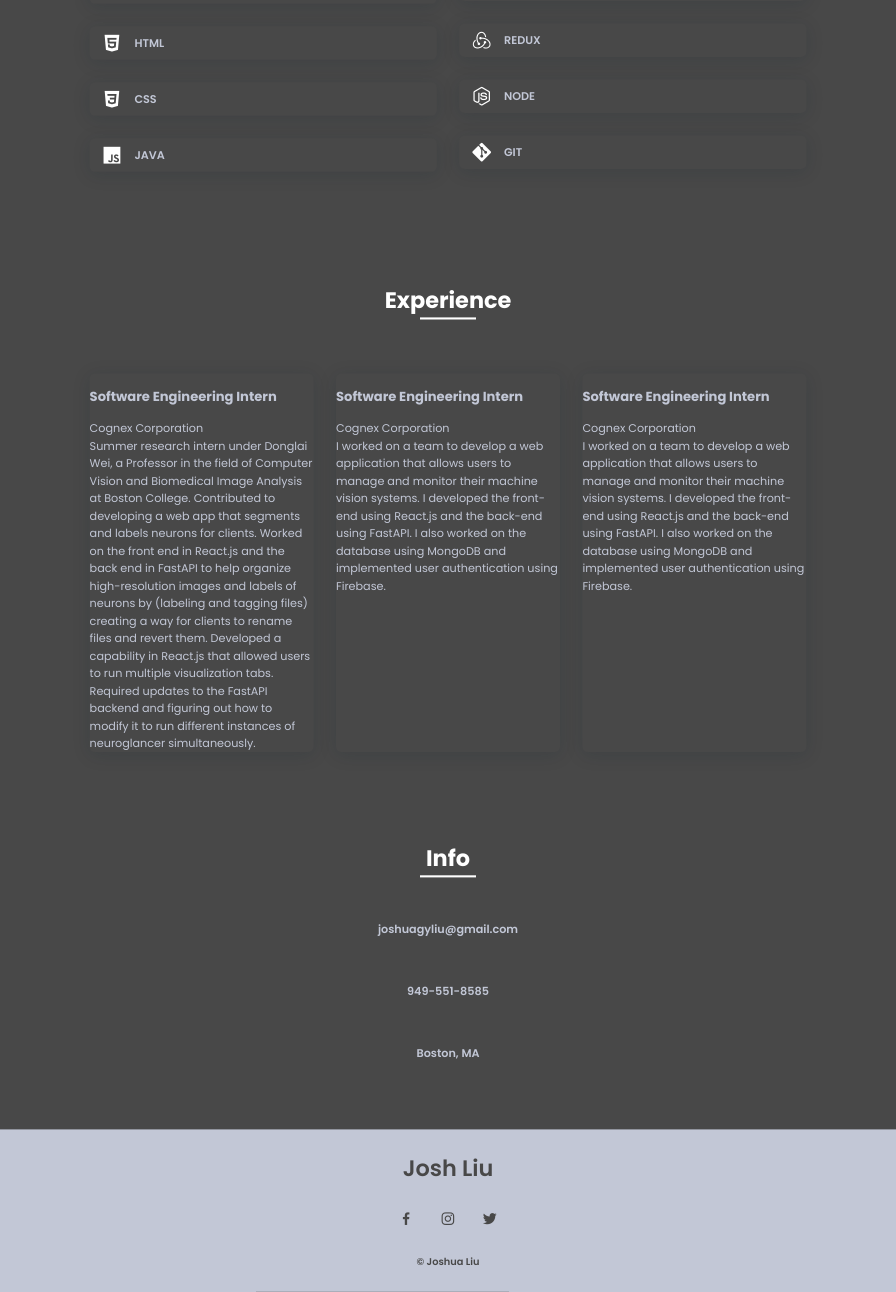
Repository: joshliu14/joshliu14.github.io
Page: index.html
An editor plug-in stored every save of this project. The page is shown before and after the next save, followed by the edit.
The browser window is 1280 px wide. The pictures show the part of the page from y = 1839 to 3759 px (the page is 3684 px tall before and 3759 px after), at 70% of full size.

Above is the page before, as saved 2024-02-01 00:41:45.

### index.html
<!DOCTYPE html>
<html lang="en">
  <head>
    <meta charset="UTF-8" />
    <meta name="viewport" content="width=device-width, initial-scale=1.0" />

    <link rel="stylesheet" href="assets/css/web.css" />

    <!-- =====BOX ICONS===== -->
    <link
      href="https://unpkg.com/boxicons@2.1.4/css/boxicons.min.css"
      rel="stylesheet"
    />

    <title>Joshua Liu</title>
  </head>
  <body>
    <!--===== HEADER =====-->
    <header class="l-header">
      <nav class="nav bd-grid">
        <div>
          <a href="#" class="nav__logo">Joshua Liu</a>
        </div>

        <div class="nav__menu" id="nav-menu">
          <ul class="nav__list">
            <li class="nav__item">
              <a href="#home" class="nav__link active-link">Home</a>
            </li>
            <li class="nav__item">
              <a href="#about" class="nav__link">About</a>
            </li>
            <li class="nav__item">
              <a href="#skills" class="nav__link">Skills</a>
            </li>
            <li class="nav__item">
              <a href="#work" class="nav__link">Experience</a>
            </li>
            <li class="nav__item">
              <a href="#contact" class="nav__link">Info</a>
            </li>
          </ul>
        </div>

        <div class="nav__toggle" id="nav-toggle">
          <i class="bx bx-menu"></i>
        </div>
      </nav>
    </header>

    <main class="l-main">
      <!--===== HOME =====-->
      <section class="home bd-grid" id="home">
        <div class="home__data">
          <h1 class="home__title">
            Hi,<br />I'm <span class="home__title-color">Josh</span><br />
          </h1>

          <a href="resume.pdf" class="button">Resume</a>
        </div>

        <div class="home__social">
          <a
            href="https://www.linkedin.com/in/joshua-liu-727847208/"
            class="home__social-icon"
            ><i class="bx bxl-linkedin"></i
          ></a>
          <a href="" class="home__social-icon"
            ><i class="bx bxl-behance"></i
          ></a>
          <a href="https://github.com/joshliu14" class="home__social-icon"
            ><i class="bx bxl-github"></i
          ></a>
        </div>

        <div class="home__img">
          <svg
            class="home__blob"
            viewBox="0 0 479 467"
            xmlns="http://www.w3.org/2000/svg"
            xmlns:xlink="http://www.w3.org/1999/xlink"
          >
            <mask id="mask0" mask-type="alpha">
              <path
                d="M9.19024 145.964C34.0253 76.5814 114.865 54.7299 184.111 29.4823C245.804 6.98884 311.86 -14.9503 370.735 14.143C431.207 44.026 467.948 107.508 477.191 174.311C485.897 237.229 454.931 294.377 416.506 344.954C373.74 401.245 326.068 462.801 255.442 466.189C179.416 469.835 111.552 422.137 65.1576 361.805C17.4835 299.81 -17.1617 219.583 9.19024 145.964Z"
              />
            </mask>
            <g mask="url(#mask0)">
              <path
                d="M9.19024 145.964C34.0253 76.5814 114.865 54.7299 184.111 29.4823C245.804 6.98884 311.86 -14.9503 370.735 14.143C431.207 44.026 467.948 107.508 477.191 174.311C485.897 237.229 454.931 294.377 416.506 344.954C373.74 401.245 326.068 462.801 255.442 466.189C179.416 469.835 111.552 422.137 65.1576 361.805C17.4835 299.81 -17.1617 219.583 9.19024 145.964Z"
              />
              <image
                class="home__blob-img"
                x="30"
                y="65"
                href="assets/img/profile.png"
              />
            </g>
          </svg>
        </div>
      </section>

      <!--===== ABOUT =====-->
      <section class="about section" id="about">
        <h2 class="section-title">About</h2>

        <div class="about__container bd-grid">
          <div class="about__img">
            <img src="assets/img/about.png" alt="" />
          </div>

          <div>
            <h2 class="about__subtitle">I'm Josh</h2>
            <p class="about__text">
              I am currently a sophomore at Brandeis University pursuing a
              degree in Computer Science and Applied Mathematics. I am eager to
              contribute my programming skills to real-world scenarios, and I am
              actively seeking software engineering internship opportunities. My
              goal is to enhance my knowledge, apply theoretical concepts in
              practical settings, and contribute meaningfully to innovative
              projects.
            </p>
          </div>
        </div>
      </section>

      <!--===== SKILLS =====-->
      <section class="skills section" id="skills">
        <h2 class="section-title">Skills</h2>

        <div class="skills__container bd-grid">
          <div>
            <h2 class="skills__subtitle">Programming/Framework/Software Skills</h2>
            <p class="skills__text">
                I have experience with the following programming languages and
                frameworks. I am also familiar with software such as Git and
                Firebase. I am always eager to learn new technologies, languages,
                and frameworks to expand my skillset.
            </p>
            <div class="skills__data">
              <div class="skills__names">
                <i class="bx bxl-java skills__icon"></i>
                <span class="skills__name">JAVA</span>
              </div>
            </div>
            <div class="skills__data">
              <div class="skills__names">
                <i class="bx bxl-javascript skills__icon"></i>
                <span class="skills__name">JAVASCRIPT</span>
              </div>
            </div>
            <div class="skills__data">
              <div class="skills__names">
                <i class="bx bxl-python skills__icon"></i>
                <span class="skills__name">PYTHON</span>
              </div>
            </div>
            <div class="skills__data">
              <div class="skills__names">
                <i class="bx bxl-c-plus-plus skills__icon"></i>
                <span class="skills__name">C++</span>
              </div>
            </div>
            <div class="skills__data">
              <div class="skills__names">
                <i class="bx bxl-html5 skills__icon"></i>
                <span class="skills__name">HTML</span>
              </div>
            </div>
            <div class="skills__data">
              <div class="skills__names">
                <i class="bx bxl-css3 skills__icon"></i>
                <span class="skills__name">CSS</span>
              </div>
            </div>
            <div class="skills__data">
              <div class="skills__names">
                <i class="bx bxl-javascript skills__icon"></i>
                <span class="skills__name">JAVA</span>
              </div>
            </div>
          </div>
          <div class="skills__column2">
            <div class="skills__data">
              <div class="skills__names">
                <i class="bx bxl-react skills__icon"></i>
                <span class="skills__name">REACT.JS</span>
              </div>
            </div>
            <div class="skills__data">
              <div class="skills__names">
                <i class="bx bxl-firebase skills__icon"></i>
                <span class="skills__name">FIREBASE</span>
              </div>
            </div>
            <div class="skills__data">
              <div class="skills__names">
                <i class="bx bxl-mongodb skills__icon"></i>
                <span class="skills__name">MONGODB</span>
              </div>
            </div>
            <div class="skills__data">
              <div class="skills__names">
                <i class="bx bxs-zap skills__icon"></i>
                <span class="skills__name">FASTAPI</span>
              </div>
            </div>
            <div class="skills__data">
              <div class="skills__names">
                <i class="bx bxl-redux skills__icon"></i>
                <span class="skills__name">REDUX</span>
              </div>
            </div>
            <div class="skills__data">
              <div class="skills__names">
                <i class="bx bxl-nodejs skills__icon"></i>
                <span class="skills__name">NODE</span>
              </div>
            </div>
            <div class="skills__data">
              <div class="skills__names">
                <i class="bx bxl-git skills__icon"></i>
                <span class="skills__name">GIT</span>
              </div>
            </div>
          </div>
      </section>

      <!--===== Experience =====-->
      <section class="work section" id="work">
        <h2 class="section-title">Experience</h2>

        <div class="work__container bd-grid">
                <div class="work__img">
                <h3 class="work__title">Software Engineering Intern</h3>
                <span class="work__subtitle">Cognex Corporation</span>
                <p class="work__description">
                    Summer research intern under Donglai Wei, a Professor in the field of Computer Vision and Biomedical Image Analysis at Boston College. Contributed to developing a web app that segments and labels neurons for clients. Worked on the front end in React.js and the back end in FastAPI to help organize high-resolution images and labels of neurons by (labeling and tagging files) creating a way for clients to rename files and revert them. Developed a capability in React.js that allowed users to run multiple visualization tabs. Required updates to the FastAPI backend and figuring out how to modify it to run different instances of neuroglancer simultaneously.
                </p>
                </div>
                <div class="work__img">
                <h3 class="work__title">Software Engineering Intern</h3>
                <span class="work__subtitle">Cognex Corporation</span>
                <p class="work__description">
                    I worked on a team to develop a web application that allows
                    users to manage and monitor their machine vision systems. I
                    developed the front-end using React.js and the back-end using
                    FastAPI. I also worked on the database using MongoDB and
                    implemented user authentication using Firebase.
                </p>
                </div>
                <div class="work__img">
                <h3 class="work__title">Software Engineering Intern</h3>
                <span class="work__subtitle">Cognex Corporation</span>
                <p class="work__description">
                    I worked on a team to develop a web application that allows
                    users to manage and monitor their machine vision systems. I
                    developed the front-end using React.js and the back-end using
                    FastAPI. I also worked on the database using MongoDB and
                    implemented user authentication using Firebase.
                </p>
                </div>
        </div>
      </section>

      <!--===== CONTACT =====-->
      <section class="contact section" id="contact">
        <h2 class="section-title">Info</h2>
        <p class="contact__input">joshuagyliu@gmail.com</p>
        <p class="contact__input">949-551-8585</p>
        <p class="contact__input">Boston, MA</p>
      </section>
    </main>

    <!--===== FOOTER =====-->
    <footer class="footer">
      <p class="footer__title">Josh Liu</p>
      <div class="footer__social">
        <a href="https://www.facebook.com/josh.liu.9847" class="footer__icon"
          ><i class="bx bxl-facebook"></i
        ></a>
        <a href="https://www.instagram.com/joshliu_" class="footer__icon"
          ><i class="bx bxl-instagram"></i
        ></a>
        <a href="https://twitter.com/jahliu" class="footer__icon"
          ><i class="bx bxl-twitter"></i
        ></a>
      </div>
      <p class="footer__copy">&#169; Joshua Liu</p>
    </footer>

    <!--===== SCROLL REVEAL =====-->
    <script src="https://unpkg.com/scrollreveal"></script>

    <!--===== MAIN JS =====-->
    <script src="assets/js/main.js"></script>
  </body>
</html>

### assets/css/web.css
/*===== GOOGLE FONTS =====*/
@import url("https://fonts.googleapis.com/css2?family=Poppins:wght@400;600;700&display=swap");
/*===== VARIABLES CSS =====*/
:root {
  --header-height: 3rem;
  --font-semi: 600;
  /*===== Colores =====*/
  /*Purple 260 - Red 355 - Blue 224 - Pink 340*/
  /* HSL color mode */
  --hue-color: 224;
  --first-color: hsl(var(--hue-color), 0%, 100%);
  --second-color: hsl(var(--hue-color), 20%, 80%);
  /*===== Fuente y tipografia =====*/
  --body-font: "Poppins", sans-serif;
  --big-font-size: 2rem;
  --h2-font-size: 1.25rem;
  --normal-font-size: 0.938rem;
  --smaller-font-size: 0.75rem;
  /*===== Margenes =====*/
  --mb-2: 1rem;
  --mb-4: 2rem;
  --mb-5: 2.5rem;
  --mb-6: 3rem;
  /*===== z index =====*/
  --z-back: -10;
  --z-fixed: 100;
}
@media screen and (min-width: 968px) {
  :root {
    --big-font-size: 3.5rem;
    --h2-font-size: 2rem;
    --normal-font-size: 1rem;
    --smaller-font-size: 0.875rem;
  }
}

/*===== BASE =====*/
*,
::before,
::after {
  box-sizing: border-box;
}

html {
  scroll-behavior: smooth;
}

body {
  margin: var(--header-height) 0 0 0;
  font-family: var(--body-font);
  font-size: var(--normal-font-size);
  color: var(--second-color);
  background-color: #484848;
}

h1,
h2,
p {
  margin: 0;
}

ul {
  margin: 0;
  padding: 0;
  list-style: none;
}

a {
  text-decoration: none;
}

img {
  max-width: 100%;
  height: auto;
  display: block;
}

/*===== CLASS CSS ===== */
.section-title {
  position: relative;
  font-size: var(--h2-font-size);
  color: var(--first-color);
  margin-top: var(--mb-2);
  margin-bottom: var(--mb-4);
  text-align: center;
}
.section-title::after {
  position: absolute;
  content: "";
  width: 64px;
  height: 0.18rem;
  left: 0;
  right: 0;
  margin: auto;
  top: 2rem;
  background-color: var(--first-color);
}

.section {
  padding-top: 3rem;
  padding-bottom: 2rem;
}

/*===== LAYOUT =====*/
.bd-grid {
  max-width: 1024px;
  display: grid;
  margin-left: var(--mb-2);
  margin-right: var(--mb-2);
}

.l-header {
  width: 100%;
  position: fixed;
  top: 0;
  left: 0;
  z-index: var(--z-fixed);
  background-color: #484848;
  box-shadow: 0 1px 4px rgba(146, 161, 176, 0.15);
}

/*===== NAV =====*/
.nav {
  height: var(--header-height);
  display: flex;
  justify-content: space-between;
  align-items: center;
  font-weight: var(--font-semi);
}
@media screen and (max-width: 767px) {
  .nav__menu {
    position: fixed;
    top: var(--header-height);
    right: -100%;
    width: 80%;
    height: 100%;
    padding: 2rem;
    background-color: var(--second-color);
    transition: 0.5s;
  }
}
.nav__item {
  margin-bottom: var(--mb-4);
}
.nav__link {
  position: relative;
  color: #fff;
}
.nav__link:hover {
  position: relative;
}
.nav__link:hover::after {
  position: absolute;
  content: "";
  width: 100%;
  height: 0.18rem;
  left: 0;
  top: 2rem;
  background-color: var(--first-color);
}
.nav__logo {
  color: var(--second-color);
}
.nav__toggle {
  color: var(--second-color);
  font-size: 1.5rem;
  cursor: pointer;
}

/*Active menu*/
.active-link::after {
  position: absolute;
  content: "";
  width: 100%;
  height: 0.18rem;
  left: 0;
  top: 2rem;
  background-color: var(--first-color);
}

/*=== Show menu ===*/
.show {
  right: 0;
}

/*===== HOME =====*/
.home {
  position: relative;
  row-gap: 5rem;
  padding: 4rem 0 5rem;
}
.home__data {
  align-self: center;
}
.home__title {
  font-size: var(--big-font-size);
  margin-bottom: var(--mb-5);
}
.home__title-color {
  color: var(--first-color);
}
.home__social {
  display: flex;
  flex-direction: column;
}
.home__social-icon {
  width: max-content;
  margin-bottom: var(--mb-2);
  font-size: 1.5rem;
  color: var(--second-color);
}
.home__social-icon:hover {
  color: var(--first-color);
}
.home__img {
  position: absolute;
  right: 0;
  bottom: 0;
  width: 260px;
}
.home__blob {
  fill: var(--first-color);
}
.home__blob-img {
  width: 400px;
}

/*BUTTONS*/
.button {
  display: inline-block;
  background-color: var(--first-color);
  color: #000000;
  padding: 0.75rem 2.5rem;
  font-weight: var(--font-semi);
  border-radius: 0.5rem;
  transition: 0.3s;
}
.button:hover {
  box-shadow: 0px 10px 36px rgba(0, 0, 0, 0.15);
}

/* ===== ABOUT =====*/
.about__container {
  row-gap: 2rem;
  text-align: center;
}
.about__subtitle {
  margin-bottom: var(--mb-2);
}
.about__img {
  justify-self: center;
}
.about__img img {
  width: 200px;
  border-radius: 0.5rem;
}

/* ===== SKILLS =====*/
.skills__container {
  row-gap: 2rem;
  text-align: center;
}
.skills__column2 {
  margin-top: 210px;
}
.skills__subtitle {
  margin-bottom: var(--mb-2);
}
.skills__text {
  margin-bottom: var(--mb-4);
}
.skills__data {
  display: flex;
  justify-content: space-between;
  align-items: center;
  position: relative;
  font-weight: var(--font-semi);
  padding: 0.5rem 1rem;
  margin-bottom: var(--mb-4);
  border-radius: 0.5rem;
  box-shadow: 0px 4px 25px rgba(14, 36, 49, 0.15);
}
.skills__icon {
  font-size: 2rem;
  margin-right: var(--mb-2);
  color: var(--first-color);
}
.skills__names {
  display: flex;
  align-items: center;
}
.skills__bar {
  position: absolute;
  left: 0;
  bottom: 0;
  background-color: var(--first-color);
  height: 0.25rem;
  border-radius: 0.5rem;
  z-index: var(--z-back);
}
.skills__html {
  width: 95%;
}
.skills__css {
  width: 85%;
}
.skills__js {
  width: 65%;
}
.skills__ux {
  width: 85%;
}
.skills__img {
  border-radius: 0.5rem;
}

/* ===== WORK =====*/
.work__container {
  row-gap: 2rem;
}
.work__img {
  box-shadow: 0px 4px 25px rgba(14, 36, 49, 0.15);
  border-radius: 0.5rem;
  overflow: hidden;
}
.work__img img {
  transition: 1s;
}
.work__img img:hover {
  transform: scale(1.1);
}

/* ===== CONTACT =====*/
.contact__input {
  text-align: center;
  font-size: var(--normal-font-size);
  font-weight: var(--font-semi);
  padding: 1rem;
  margin-bottom: var(--mb-4);
}

/* ===== FOOTER =====*/
.footer {
  background-color: var(--second-color);
  color: #484848;
  text-align: center;
  font-weight: var(--font-semi);
  padding: 2rem 0;
}
.footer__title {
  font-size: 2rem;
  margin-bottom: var(--mb-4);
}
.footer__social {
  margin-bottom: var(--mb-4);
}
.footer__icon {
  font-size: 1.5rem;
  color: #484848;
  margin: 0 var(--mb-2);
}
.footer__copy {
  font-size: var(--smaller-font-size);
}

/* ===== MEDIA QUERIES=====*/
@media screen and (max-width: 320px) {
  .home {
    row-gap: 2rem;
  }
  .home__img {
    width: 200px;
  }
}
@media screen and (min-width: 576px) {
  .home {
    padding: 4rem 0 2rem;
  }
  .home__social {
    padding-top: 0;
    padding-bottom: 2.5rem;
    flex-direction: row;
    align-self: flex-end;
  }
  .home__social-icon {
    margin-bottom: 0;
    margin-right: var(--mb-4);
  }
  .home__img {
    width: 300px;
    bottom: 25%;
  }
  .about__container {
    grid-template-columns: repeat(2, 1fr);
    align-items: center;
    text-align: initial;
  }
  .skills__container {
    grid-template-columns: 0.7fr;
    justify-content: center;
    column-gap: 1rem;
  }
  .work__container {
    grid-template-columns: repeat(2, 1fr);
    column-gap: 2rem;
    padding-top: 2rem;
  }
}
@media screen and (min-width: 768px) {
  body {
    margin: 0;
  }
  .section {
    padding-top: 4rem;
    padding-bottom: 3rem;
  }
  .section-title {
    margin-bottom: var(--mb-6);
  }
  .section-title::after {
    width: 80px;
    top: 3rem;
  }
  .nav {
    height: calc(var(--header-height) + 1.5rem);
  }
  .nav__list {
    display: flex;
    padding-top: 0;
  }
  .nav__item {
    margin-left: var(--mb-6);
    margin-bottom: 0;
  }
  .nav__toggle {
    display: none;
  }
  .nav__link {
    color: var(--second-color);
  }
  .home {
    padding: 8rem 0 2rem;
  }
  .home__img {
    width: 400px;
    bottom: 10%;
  }
  .about__container {
    padding-top: 2rem;
  }
  .about__img img {
    width: 300px;
  }
  .skills__container {
    grid-template-columns: repeat(2, 1fr);
    column-gap: 2rem;
    align-items: center;
    text-align: initial;
  }
  .work__container {
    grid-template-columns: repeat(3, 1fr);
    column-gap: 2rem;
  }
}
@media screen and (min-width: 992px) {
  .bd-grid {
    margin-left: auto;
    margin-right: auto;
  }
  .home {
    padding: 10rem 0 2rem;
  }
  .home__img {
    width: 450px;
  }
}

Loaded but not shown: assets/js/main.js (61 lines, source omitted)

After the next save:
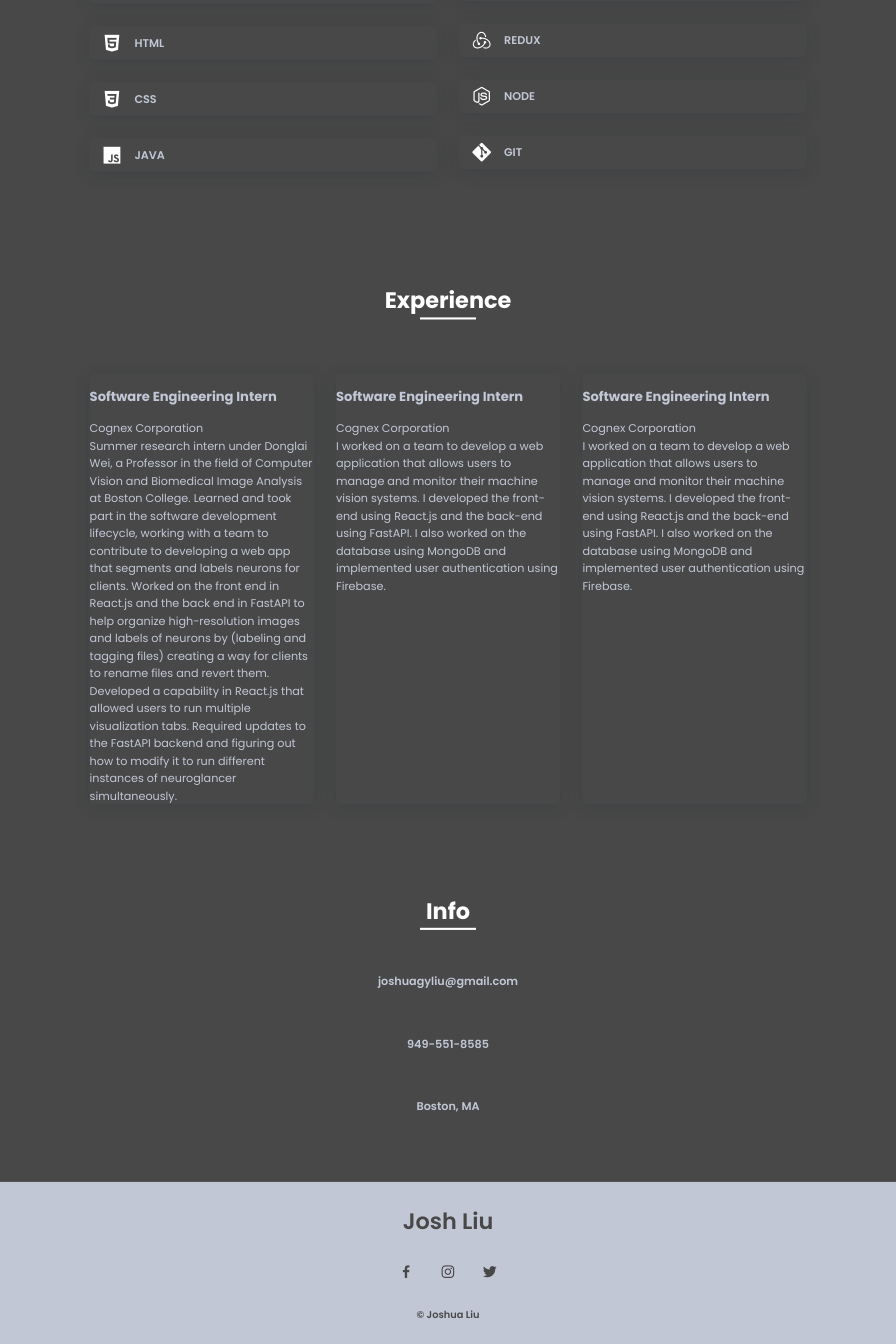
Saved 2 min 18 s later.
--- a/index.html
+++ b/index.html
@@ -235,7 +235,11 @@
                 <h3 class="work__title">Software Engineering Intern</h3>
                 <span class="work__subtitle">Cognex Corporation</span>
                 <p class="work__description">
-                    Summer research intern under Donglai Wei, a Professor in the field of Computer Vision and Biomedical Image Analysis at Boston College. Contributed to developing a web app that segments and labels neurons for clients. Worked on the front end in React.js and the back end in FastAPI to help organize high-resolution images and labels of neurons by (labeling and tagging files) creating a way for clients to rename files and revert them. Developed a capability in React.js that allowed users to run multiple visualization tabs. Required updates to the FastAPI backend and figuring out how to modify it to run different instances of neuroglancer simultaneously.
+                    Summer research intern under Donglai Wei, a Professor in the field of Computer Vision and Biomedical Image Analysis at Boston College.
+                    Learned and took part in the software development lifecycle, working with a team to contribute to developing a web app that segments and labels neurons for clients.
+                    Worked on the front end in React.js and the back end in FastAPI to help organize high-resolution images and labels of neurons by (labeling and tagging files) creating
+                    a way for clients to rename files and revert them. Developed a capability in React.js that allowed users to run multiple visualization tabs.
+                    Required updates to the FastAPI backend and figuring out how to modify it to run different instances of neuroglancer simultaneously.
                 </p>
                 </div>
                 <div class="work__img">
